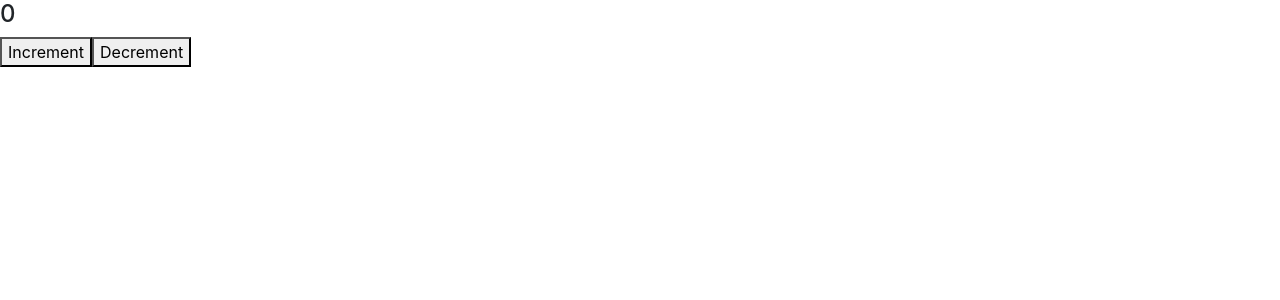
Repository: oluwaseyi9325/react-redux
Page: /
These files come from the project's save history. The page is drawn as it stood at one moment and after a run of saves; the edit follows.
The browser window is 1280 px wide. The pictures show the whole page.
The project was rebuilt for these pictures with package versions that can differ from the ones it lists, and the page was loaded fresh each time.

Above is the page before, as saved 2023-05-09 16:22:33.

After the next 5 saves:
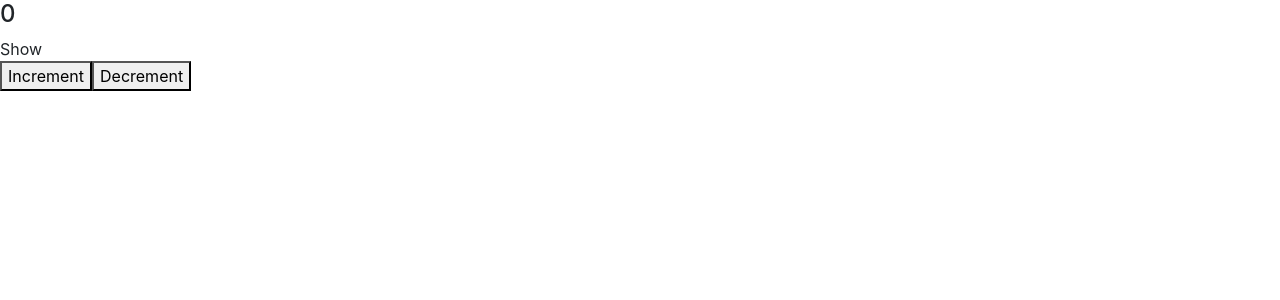
The 5 saves are shown as one change because they came seconds apart.
The last was saved 17 s later.
--- a/src/App.tsx
+++ b/src/App.tsx
@@ -1,6 +1,7 @@
 import React from 'react'
 import { Route, Router, Routes } from 'react-router-dom'
 import Counter from './Component/Counter'
+import Show from './Component/Show'
 
 
 const App = () => {
@@ -12,7 +13,7 @@ const App = () => {
   return (
     <>
       <h4>{count}</h4>
-
+<Show count={count}/>
 
 <Counter increment={increment} decrement={decrement}/>
     </>
